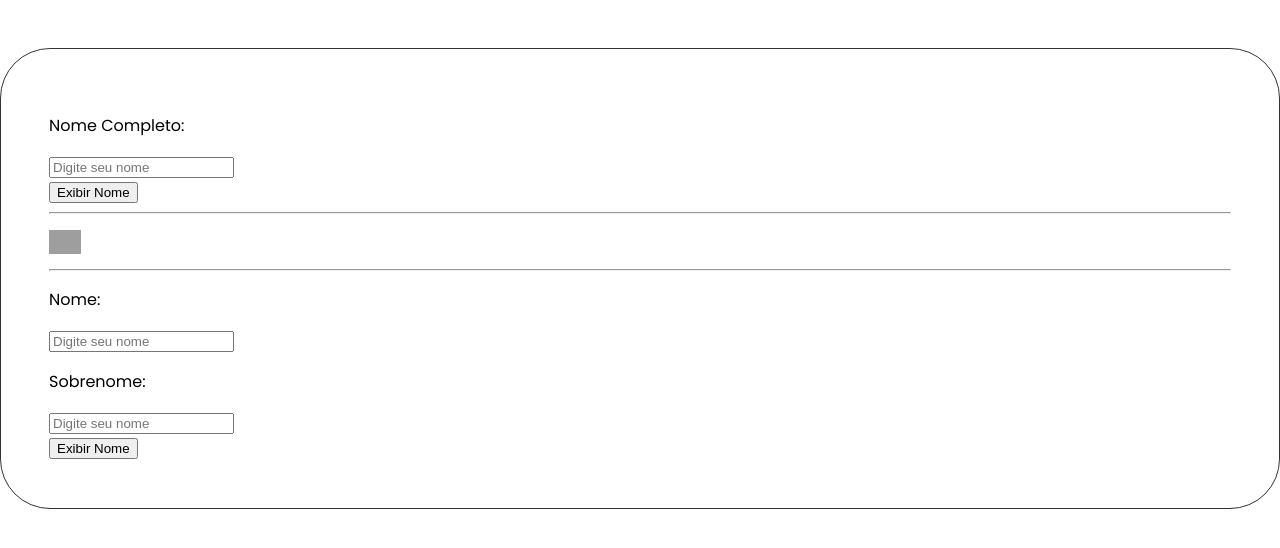
Repository: guilhermecardoso93/exerciciosjs
Page: index.html
An editor plug-in stored every save of this project. The page is shown before and after the next save, followed by the edit.
The browser window is 1280 px wide. The pictures show the whole page.
Pictures or frames that could not be fetched are drawn as grey boxes.

Above is the page before, as saved 2023-05-20 11:52:23.

### index.html
<!DOCTYPE html>
<html lang="pt-Br">
  <head>
    <meta charset="UTF-8">
    <meta http-equiv="X-UA-Compatible" content="IE=edge">
    <meta name="viewport" content="width=device-width, initial-scale=1.0">
    <link rel="preconnect" href="https://fonts.googleapis.com">
    <link rel="preconnect" href="https://fonts.gstatic.com" crossorigin>
    <link rel="stylesheet" href="styles.css">
    <link
      href="https://fonts.googleapis.com/css2?family=Poppins:wght@400;500&display=swap"
      rel="stylesheet">
    <title>40 - exercícios de JS</title>
  </head>
  <body>
    <p>Nome Completo:</p>
    <input type="text" name="name" id="name"
      placeholder="Digite seu nome"/>
    <br />
    <input type="button" value="Exibir Nome" id="exibir-nome"/>
    <hr />
    <p id="name-length" value></p>
    <img id="lamp" src="https://www.w3schools.com/js/pic_bulboff.gif">
    <hr/>
    <div class="fullNameDiv">
      <p>Nome:</p>
      <input type="text" name="name-2" id="name-2"
        placeholder="Digite seu nome"/>
      <p>Sobrenome:</p>
      <input type="text" name="fullname" id="fullname"
        placeholder="Digite seu nome"/>
      <br/>
      <input type="button" value="Exibir Nome" id="exibir-nome-convidado"/>
    </div>
  </body>
  <script src="./script.js"></script>
</html>

### styles.css
body {
  font-family: "Poppins", sans-serif;
  margin: 3rem 0;
  border: 1px solid #333;
  border-radius: 50px;
  padding: 3rem;
}

#lamp{
  cursor: pointer;
  cursor: hand;
  width: 2rem;
}

### script.js
//alert('Hello World!');
const conta = `valor de 2 + 2 é`;
//alert(`${conta} ${2 + 2}` )

const buttonShowName = document.getElementById("exibir-nome");

buttonShowName.addEventListener("click", () => {
  const inputValue = document.getElementById("name").value;
  alert(`Meu nome Completo é ${inputValue}`);
  alert(`A quantidade de letras no seu nome é de ${inputValue.length}`);
});

function turnOnOff() {
  var image = document.getElementById("lamp").src;
  var lampOn = "https://www.w3schools.com/js/pic_bulbon.gif";
  var lampOff = "https://www.w3schools.com/js/pic_bulboff.gif";

  if (image == lampOn) {
    document.getElementById("lamp").src = lampOff;
  } else {
    document.getElementById("lamp").src = lampOn;
  }
}
document.getElementById("lamp").addEventListener("mouseover", turnOnOff);
//document.getElementById("lamp").addEventListener("click", turnOnOff);

const buttonShowFullName = document.getElementById("exibir-nome-convidado");

buttonShowFullName.addEventListener("click", () => {
  const inputValueName = document.getElementById("name-2").value;
  const inputValueFullName = document.getElementById("fullname").value;
  alert(`Meu nome Completo é ${inputValueName} ${inputValueFullName}`);
});

After the next save:
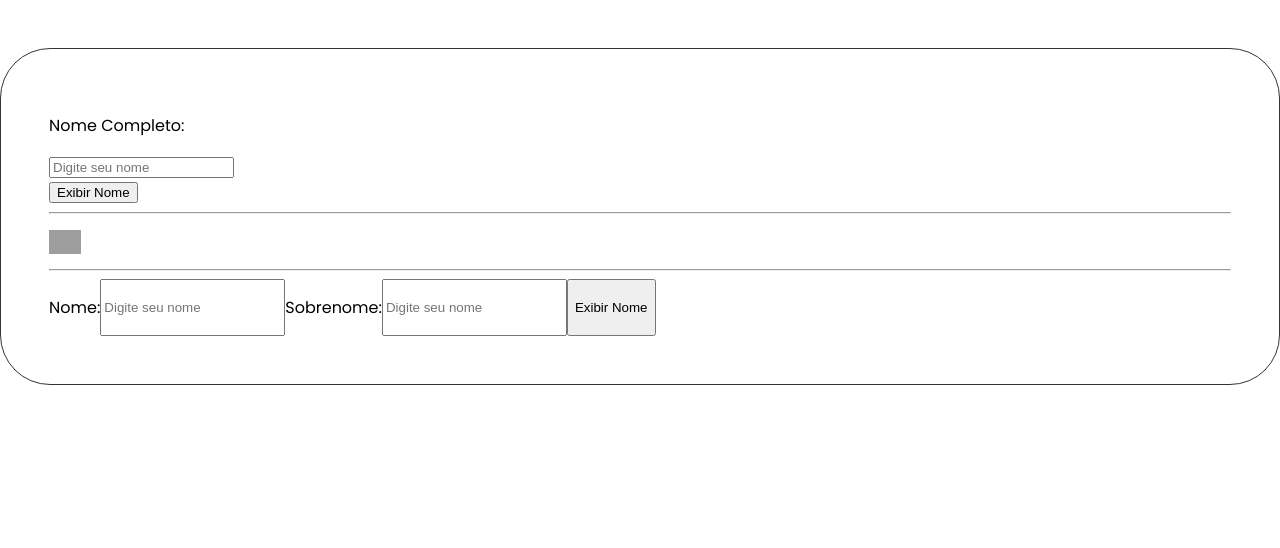
Saved 12 s later.
--- a/styles.css
+++ b/styles.css
@@ -11,3 +11,7 @@ body {
   cursor: hand;
   width: 2rem;
 }
+
+.fullNameDiv{
+  display: flex;
+}
